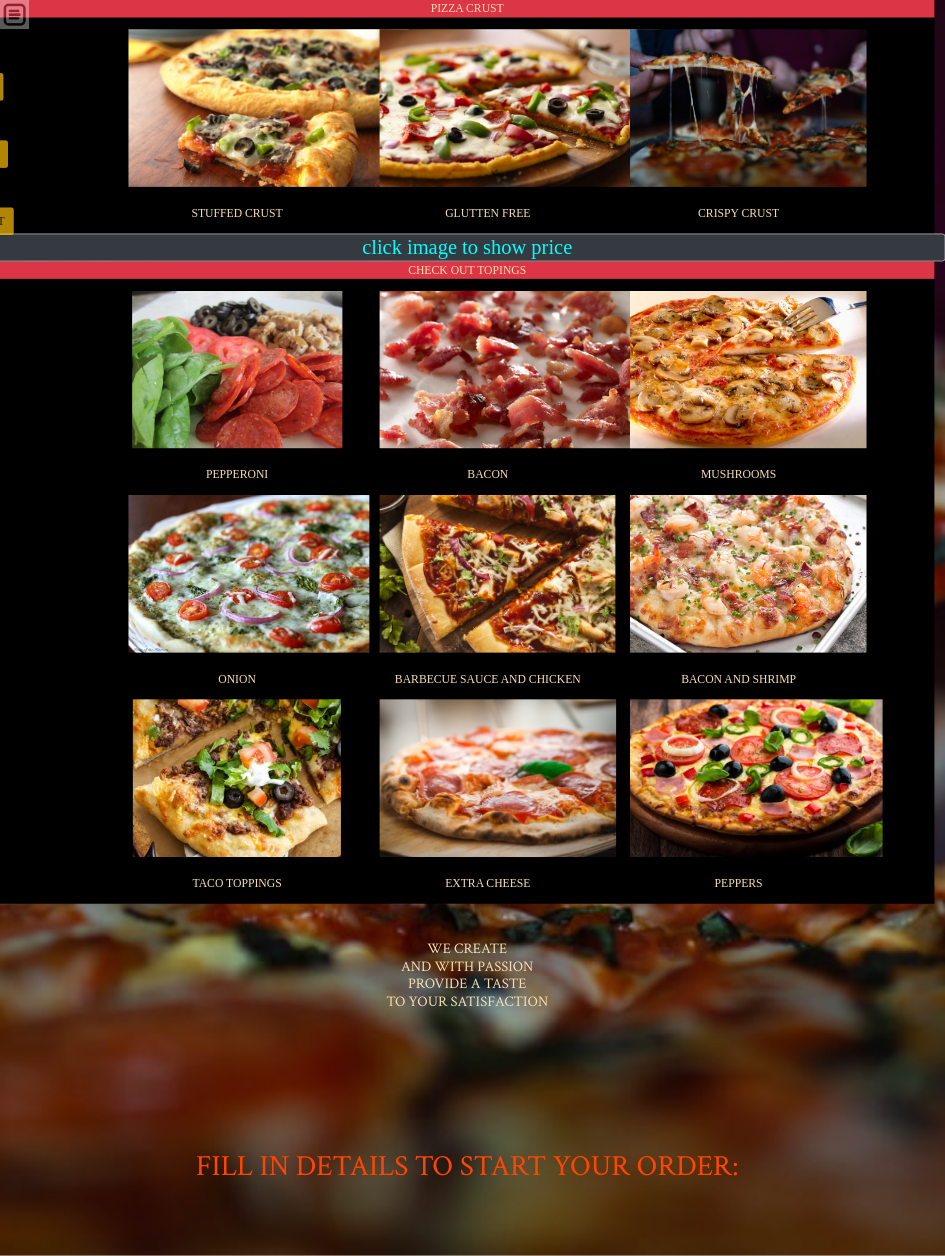
Repository: alexmwaura/MOREO--PIZZA-IP4
Page: mine.html
An editor plug-in stored every save of this project. The page is shown before and after a run of saves, followed by the edit.
The browser window is 1280 px wide. The page is 1295 px wide, so the pictures cover 1295 px, including what lies to the right of the window. The pictures show the whole page, at 73% of full size.
Some web fonts or font styles are not loaded; a fallback is used.

Above is the page before, as saved 2019-09-01 14:33:51.

### mine.html
<!DOCTYPE html>
<html lang="en">

<head>
    <meta charset="UTF-8">
    <meta name="viewport" content="width=device-width, initial-scale=1.0">
    <meta http-equiv="X-UA-Compatible" content="ie=edge">

    <title> MOREO RESTAURANT</title>

    <link href="https://fonts.googleapis.com/css?family=Kaushan+Script&display=swap" rel="stylesheet">
    <link href="https://fonts.googleapis.com/css?family=Pacifico|Rancho&display=swap" rel="stylesheet">
    <link href="https://fonts.googleapis.com/css?family=Crimson+Text&display=swap" rel="stylesheet">

    <link rel="stylesheet" href="./CSS/bootstrap.css">
    <link rel="stylesheet" href="./CSS/styles.css">
    <script src="./SCRIPTS/jquery-3.4.1.js"></script>
    <script src="./SCRIPTS/scripts.js"></script>
</head>

<body>
    <nav>
        <a href="#" class="nav-toggle-btn bg-success"></a>
        <ul>
            <li><a href="./index.html" class="btn bg-warning" style="margin-left: -14%">HOME</a></li><br><br>
            <li><a href="#pizza" class="btn bg-warning" style="margin-left: -15%">ORDER</a></li><br><br>
            <li><a href="#nav" class="btn bg-warning" style="margin-left: -35%">CONTACT</a></li>
        </ul>
    </nav>

    <div class="content">


        <div class="address">
            <div class="">

                <div class="bg-danger" id="pizza-crust">
                    <p>PIZZA CRUST</p>

                </div>

                <div class="row">

                    &nbsp;&nbsp;&nbsp;&nbsp;&nbsp;&nbsp;&nbsp;&nbsp;&nbsp;&nbsp;&nbsp;&nbsp;&nbsp;&nbsp;&nbsp;&nbsp;&nbsp;&nbsp;&nbsp;&nbsp;&nbsp;&nbsp;&nbsp;&nbsp;&nbsp;&nbsp;&nbsp;&nbsp;&nbsp;&nbsp;&nbsp;&nbsp;&nbsp;&nbsp;&nbsp;&nbsp;&nbsp;&nbsp;&nbsp;&nbsp;&nbsp;&nbsp;&nbsp;&nbsp;

                    <div class="col-lg-3 col-md-3 col-sm-3">
                        <div id="work1">
                            <img src="./IMAGES/staffedcrust.jpg" alt="" class="img-fluid-1"><br><br>

                            <div class="overlay">
                                <div class="line">
                                    <p class="trial1">STUFFED CRUST</p>
                                    <p class="p1">
                                        <h5 class="p1"><strong> PRICE: <br>
                                            <em>SMALL; KSH 100</em><br>
                                            <em>MEDIUM; KSH 150</em><br>
                                            <em>LARGE; KSH 200</em>
                                        </strong></h5>
                                    </p>

                                </div>

                            </div>

                        </div>



                    </div>
                    &nbsp;&nbsp;&nbsp;&nbsp;

                    <div class="col-lg-3 col-md-3 col-sm-3">
                        <div id="work2">
                            <img src="./IMAGES/gluttenfree.jpg" alt="" class="img-fluid-2"><br><br>

                            <div class="overlay">
                                <div class="line">
                                    <p class="trial2">GLUTTEN FREE </p>


                                </div>

                            </div>

                        </div>

                    </div>

                    &nbsp;&nbsp;&nbsp;&nbsp;


                    <div class="col-lg-3 col-md-3 col-sm-3">
                        <div id="work3">
                            <img src="./IMAGES/1.jpeg" alt="" class="img-fluid-3 "><br><br>

                            <div class="overlay">
                                <div class="line">
                                    <p class="trial3">CRISPY CRUST</p>

                                </div>

                            </div>

                        </div>

                    </div>

                    <div class="form-control bg-dark">
                        <h3 style="color: aqua" style="font-size: 10vh" class="price"> click image to show price</h3>
                    </div>


                </div>

            </div>

        </div>



        <div class="dance">

            <div class="">

                <div class="bg-danger" id="pizza-toppings">
                    <p>CHECK OUT TOPINGS</p>

                </div>

                <div class="row">

                    &nbsp;&nbsp;&nbsp;&nbsp;&nbsp;&nbsp;&nbsp;&nbsp;&nbsp;&nbsp;&nbsp;&nbsp;&nbsp;&nbsp;&nbsp;&nbsp;&nbsp;&nbsp;&nbsp;&nbsp;&nbsp;&nbsp;&nbsp;&nbsp;&nbsp;&nbsp;&nbsp;&nbsp;&nbsp;&nbsp;&nbsp;&nbsp;&nbsp;&nbsp;&nbsp;&nbsp;&nbsp;&nbsp;&nbsp;&nbsp;&nbsp;&nbsp;&nbsp;&nbsp;

                    <div class="col-lg-3 col-md-3 col-sm-3">
                        <div id="work4">
                            <img src="./IMAGES/pepporoni.jpg" alt="" class="img-fluid-4"><br><br>

                            <div class="overlay">
                                <div class="line">
                                    <p class="trial4">PEPPERONI</p>

                                </div>

                            </div>

                        </div>

                    </div>




                    &nbsp;&nbsp;&nbsp;&nbsp;


                    <div class="col-lg-3 col-md-3 col-sm-3">
                        <div id="work5">
                            <img src="./IMAGES/bacon.jpg" alt="" class="img-fluid-5"><br><br>

                            <div class="overlay">
                                <div class="line">
                                    <p class="trial5">BACON </p>

                                </div>

                            </div>

                        </div>

                    </div>

                    &nbsp;&nbsp;&nbsp;&nbsp;


                    <div class="col-lg-3 col-md-3 col-sm-3">
                        <div id="work6">
                            <img src="./IMAGES/mushroom2.jpg" alt="" class="img-fluid-6"><br><br>

                            <div class="overlay">
                                <div class="line">
                                    <p class="trial6">MUSHROOMS</p>

                                </div>

                            </div>

                        </div>

                    </div>



                </div>

                <div class="row">

                    &nbsp;&nbsp;&nbsp;&nbsp;&nbsp;&nbsp;&nbsp;&nbsp;&nbsp;&nbsp;&nbsp;&nbsp;&nbsp;&nbsp;&nbsp;&nbsp;&nbsp;&nbsp;&nbsp;&nbsp;&nbsp;&nbsp;&nbsp;&nbsp;&nbsp;&nbsp;&nbsp;&nbsp;&nbsp;&nbsp;&nbsp;&nbsp;&nbsp;&nbsp;&nbsp;&nbsp;&nbsp;&nbsp;&nbsp;&nbsp;&nbsp;&nbsp;&nbsp;&nbsp;

                    <div class="col-lg-3 col-md-3 col-sm-3">
                        <div id="work7">
                            <img src="./IMAGES/onions.jpg" alt="" class="img-fluid-7"><br><br>

                            <div class="overlay">
                                <div class="line">
                                    <p class="trial4">ONION</p>

                                </div>

                            </div>

                        </div>

                    </div>




                    &nbsp;&nbsp;&nbsp;&nbsp;


                    <div class="col-lg-3 col-md-3 col-sm-3">
                        <div id="work8">
                            <img src="./IMAGES/barbecue.jpg" alt="" class="img-fluid-8"><br><br>

                            <div class="overlay">
                                <div class="line">
                                    <p class="trial5">BARBECUE SAUCE AND CHICKEN </p>

                                </div>

                            </div>

                        </div>

                    </div>

                    &nbsp;&nbsp;&nbsp;&nbsp;


                    <div class="col-lg-3 col-md-3 col-sm-3">
                        <div id="work9">
                            <img src="./IMAGES/shrimp.jpg" alt="" class="img-fluid-9"><br><br>

                            <div class="overlay">
                                <div class="line">
                                    <p class="trial6">BACON AND SHRIMP</p>

                                </div>

                            </div>

                        </div>

                    </div>



                </div>


                <div class="row">

                    &nbsp;&nbsp;&nbsp;&nbsp;&nbsp;&nbsp;&nbsp;&nbsp;&nbsp;&nbsp;&nbsp;&nbsp;&nbsp;&nbsp;&nbsp;&nbsp;&nbsp;&nbsp;&nbsp;&nbsp;&nbsp;&nbsp;&nbsp;&nbsp;&nbsp;&nbsp;&nbsp;&nbsp;&nbsp;&nbsp;&nbsp;&nbsp;&nbsp;&nbsp;&nbsp;&nbsp;&nbsp;&nbsp;&nbsp;&nbsp;&nbsp;&nbsp;&nbsp;&nbsp;

                    <div class="col-lg-3 col-md-3 col-sm-3">
                        <div id="work10">
                            <img src="./IMAGES/taco.jpg" alt="" class="img-fluid-10"><br><br>

                            <div class="overlay">
                                <div class="line">
                                    <p class="trial4">TACO TOPPINGS</p>

                                </div>

                            </div>

                        </div>

                    </div>




                    &nbsp;&nbsp;&nbsp;&nbsp;


                    <div class="col-lg-3 col-md-3 col-sm-3">
                        <div id="work11">
                            <img src="./IMAGES/cheese 2.jpg" alt="" class="img-fluid-11"><br><br>

                            <div class="overlay">
                                <div class="line">
                                    <p class="trial5">EXTRA CHEESE </p>

                                </div>

                            </div>

                        </div>

                    </div>

                    &nbsp;&nbsp;&nbsp;&nbsp;


                    <div class="col-lg-3 col-md-3 col-sm-3">
                        <div id="work12">
                            <img src="./IMAGES/pepper.jpg" alt="" class="img-fluid-12"><br><br>

                            <div class="overlay">
                                <div class="line">
                                    <p class="trial6">PEPPERS</p>

                                </div>

                            </div>

                        </div>

                    </div>



                </div>


            </div>





        </div>

        <div id="trial">


            <div id="pizza">
                <h2 class="pizza">WE CREATE <br>AND WITH PASSION <br> PROVIDE A TASTE <br> TO YOUR SATISFACTION</h2>
                <br><br>
                <h1>FILL IN DETAILS TO START YOUR ORDER:</h1>


            </div><br><br>



        </div>








    </div>
















</body>

### CSS/styles.css

body{
    background-image: url("../IMAGES/1.jpeg");
    background-repeat: no-repeat;
    background-size: cover;
    background-position: center;
    color: wheat;
    font-family: 'Pacifico', cursive;
    font-family: 'Rancho', cursive;
    margin: 0;
    padding: 0;

}
nav {
    position: fixed;
    z-index: 500;
    top: 0%;
    bottom: 0;
    width: 100px;
    background-image: url("../IMAGES/tukule.jpg");
    background-repeat: no-repeat;
    background-size: cover;
    background-position: center;
    transform: translate3d(-100px, 0, 0);
    transition: transform 0.4s ease;
    font-size: large;
    opacity: 0.7;
}
.active-nav nav{
    transform: translate3d(0, 0, 0)
}

nav ul {

    margin-top: 100px;
}
.nav-toggle-btn{

    position: absolute;
    left: 100px;
    width: 40px;
    height: 40px;
    background-image: url("../IMAGES/images.png");
    background-repeat: no-repeat;
    background-size: cover;
    background-position: center;
    top: 0;
    opacity: 0.5;
}
.content{
    padding: 0;
    margin: 0%;
    height: fit-content;
    text-align: center;
    text-align-last: fixed;
    transition: transform 0.4s ease;
}
.active-nav .content{
    transform: translate3d(200px, 0, 0);
}
.wcome{
    font-size: 100px;
}
.ret{
    font-size: 80px;
}
.home{

    position: absolute center;
    margin-top: -100px;
    padding: 0%;
}
h1{
    font-size: 40px;
    animation: bounce 3s infinite;
    color: orangered;
    margin-top: 10%;
    font-family: 'Crimson Text', serif;

}
@keyframes bounce {

    0%, 20%, 50%, 80%, 100%{
        transform: translateY(0);
    }
    40% {
        transform: translateY(-55px);
    }
    60% {
        transform: translateY(-45px);
    }

}
.to{
    font-size: 30px;
    animation: bounce 3s infinite;
    color: wheat;
    margin-top: -0.01%;
}
@keyframes bounce {

    0%, 20%, 50%, 80%, 100%{
        transform: translateY(0);
    }
    40% {
        transform: translateY(-55px);
    }
    60% {
        transform: translateY(-45px);
    }

}
.price{

    animation: bounce 3s infinite;
    margin-top: 2vh;
}
@keyframes bounce {

    0%, 20%, 50%, 80%, 100%{
        transform: translateY(0);
    }
    40% {
        transform: translateY(-55px);
    }
    60% {
        transform: translateY(-45px);
    }

}

.address{
    text-align: center;
    align-content: center;
    position: center;
    background: black;
    background-size: cover;
    background-position: center;

}
.dance{
    text-align: center;
    align-content: center;
    position: center;
    background: black;
    background-size: cover;
    background-position: center;

}
.img-fluid-1{
    height: 30vh;
    justify-content: space-around;

}
.img-fluid-2{
    height: 30vh;

}
.img-fluid-3{
    height: 30vh;

}
.img-fluid-4{
    height: 30vh;

}
.img-fluid-5{
    height: 30vh;

}
.img-fluid-6{
    height: 30vh;

}
.img-fluid-7{
    height: 30vh;

}
.img-fluid-8{
    height: 30vh;

}
.img-fluid-9{
    height: 30vh;

}
.img-fluid-10{
    height: 30vh;

}
.img-fluid-11{
    height: 30vh;

}
.img-fluid-12{
    height: 30vh;

}
.pizza{
    margin-top: 10px;
    font-family: 'Crimson Text', serif;
    font-size: 20PX;
}
#pizza{
    padding-top: 0%;
    margin: 0%;
    justify-content: flex-end;
}
#trial{
    padding-top: 40px;
    font-size: x-large;
}

/* #work1:hover img {
    transform: scale(0.5) ;
    transition: all 50s ease;
} */

#work2:hover img {
    transform: scale(1.2) ;
    transition: all 2s ease;
}
#work3:hover img {
    transform: scale(1.2) ;
    transition: all 2s ease;
}
#work4:hover img {
    transform: scale(1.2) ;
    transition: all 2s ease;
}

#work5:hover img {
    transform: scale(1.2) ;
    transition: all 2s ease;
}
#work6:hover img {
    transform: scale(1.2) ;
    transition: all 2s ease;
}
#work7:hover img {
    transform: scale(1.2) ;
    transition: all 2s ease;
}
#work8:hover img {
    transform: scale(1.2) ;
    transition: all 2s ease;
}
#work9:hover img {
    transform: scale(1.2) ;
    transition: all 2s ease;
}
#work10:hover img {
    transform: scale(1.2) ;
    transition: all 2s ease;
}
#work11:hover img {
    transform: scale(1.2) ;
    transition: all 2s ease;
}
#work12:hover img {
    transform: scale(1.2) ;
    transition: all 2s ease;
}
.p1{
    display: none;
}

### SCRIPTS/scripts.js
$(function () {
    var bodyEl = $('body'),
        navToggleBtn = bodyEl.find('.nav-toggle-btn');

    navToggleBtn.on('click', function () {
        bodyEl.toggleClass('active-nav');

        event.preventDefault();
    });
});
$(document).ready(function () {
    $("#work1").click(function () {
        $(".img-fluid-1").toggle(1000);
        $(".p1").toggle(1000);


    });
    // $("#development").click(function () {
    //     $(".img2").toggle(1000);
    //     $(".p2").toggle(1000);
    // });
    // $("#productmanagement").click(function () {
    //     $(".img3").toggle(1000);
    //     $(".p3").toggle(1000);
    // });

});

Loaded but not shown: CSS/bootstrap.css (library); SCRIPTS/jquery-3.4.1.js (library)

After the next 3 saves:
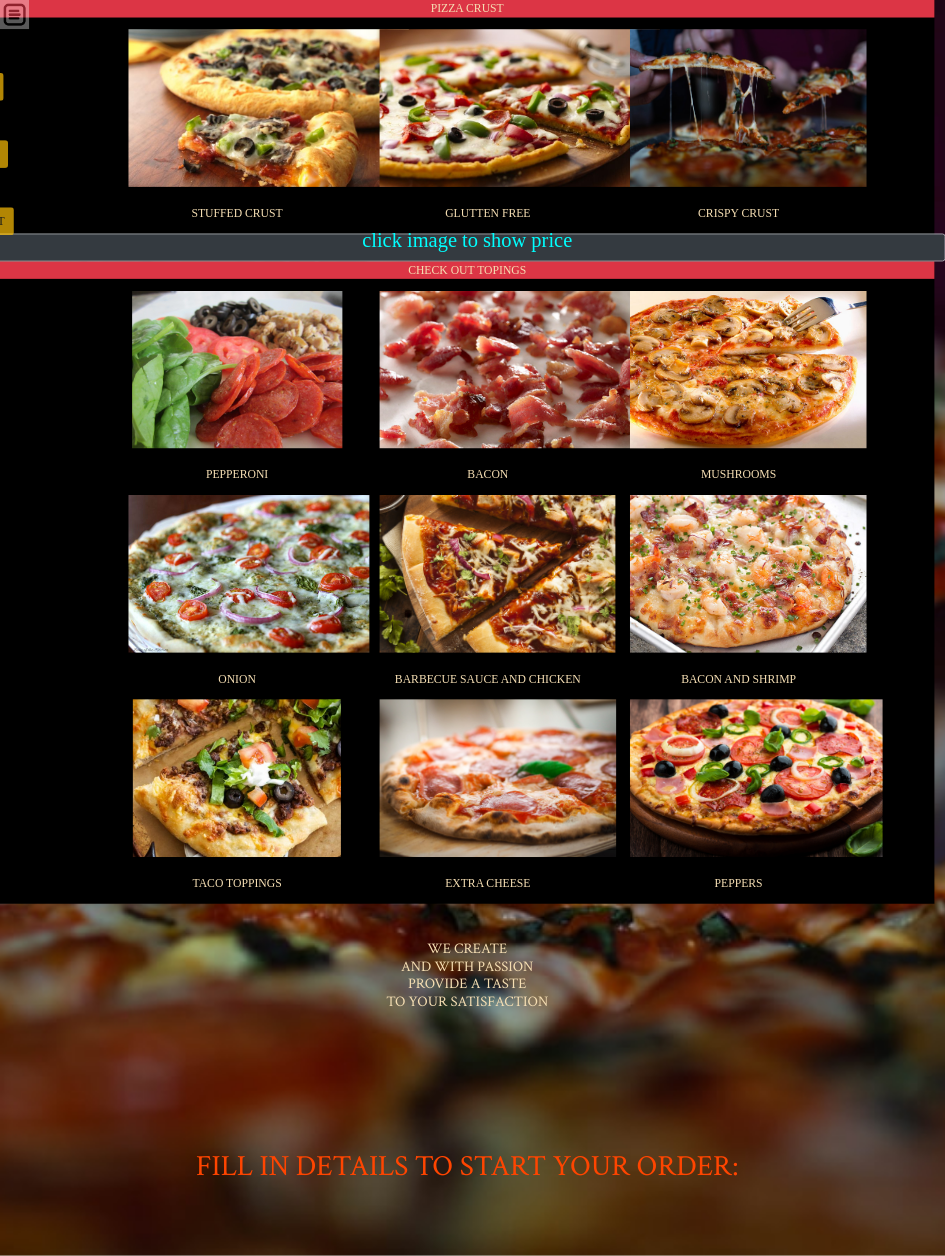
The 3 saves are shown as one change because they came seconds apart.
The last was saved 20 s later.
--- a/CSS/styles.css
+++ b/CSS/styles.css
@@ -113,7 +113,7 @@ h1{
 .price{
 
     animation: bounce 3s infinite;
-    margin-top: 2vh;
+    margin-top: 0.5vh;
 }
 @keyframes bounce {
 
